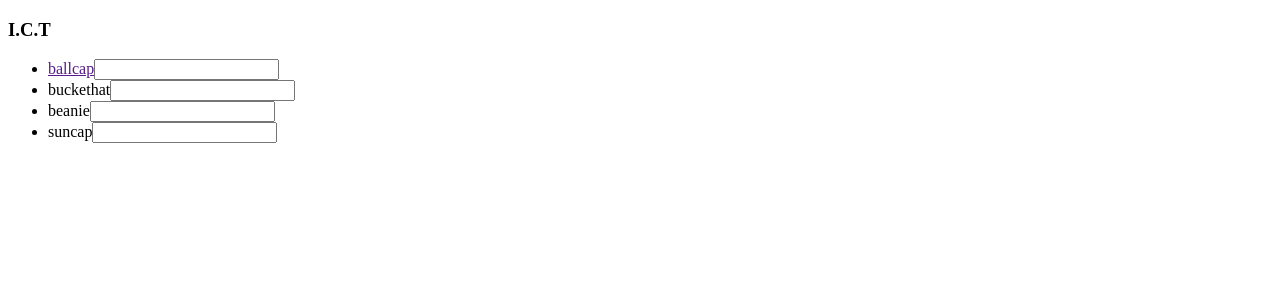
Repository: Developer120000/project1
Page: http://localhost/project1/productpage/ballcap.jsp
These files come from the project's save history. The page is drawn as it stood at one moment and after the next save; the edit follows.
The browser window is 1280 px wide. The pictures show the whole page.
The page is served by Tomcat 9.

Above is the page before, as saved 2024-03-13 13:44:33.

After the next save:
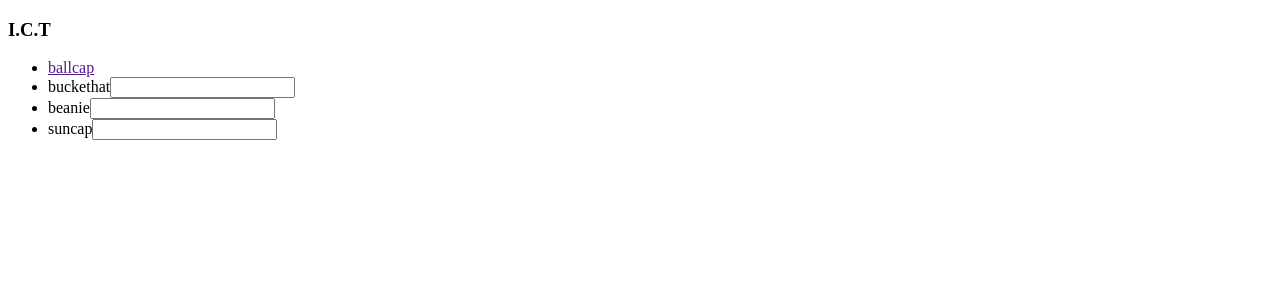
Saved 23 s later.
--- a/project1/src/main/webapp/productpage/ballcap.jsp
+++ b/project1/src/main/webapp/productpage/ballcap.jsp
@@ -11,7 +11,7 @@
 		<header>
 			<h3>I.C.T</h3>
 			<ul>
-				<li><a href="">ballcap</a><input type="text" id="name" name="name" required></li>
+				<li><a href="">ballcap</a></li>
 				<li>buckethat<input type="number" id="kor" name="kor" required></li>
 				<li>beanie<input type="number" id="eng" name="eng" required></li>
 				<li>suncap<input type="number" id="math" name="math" required></li>
